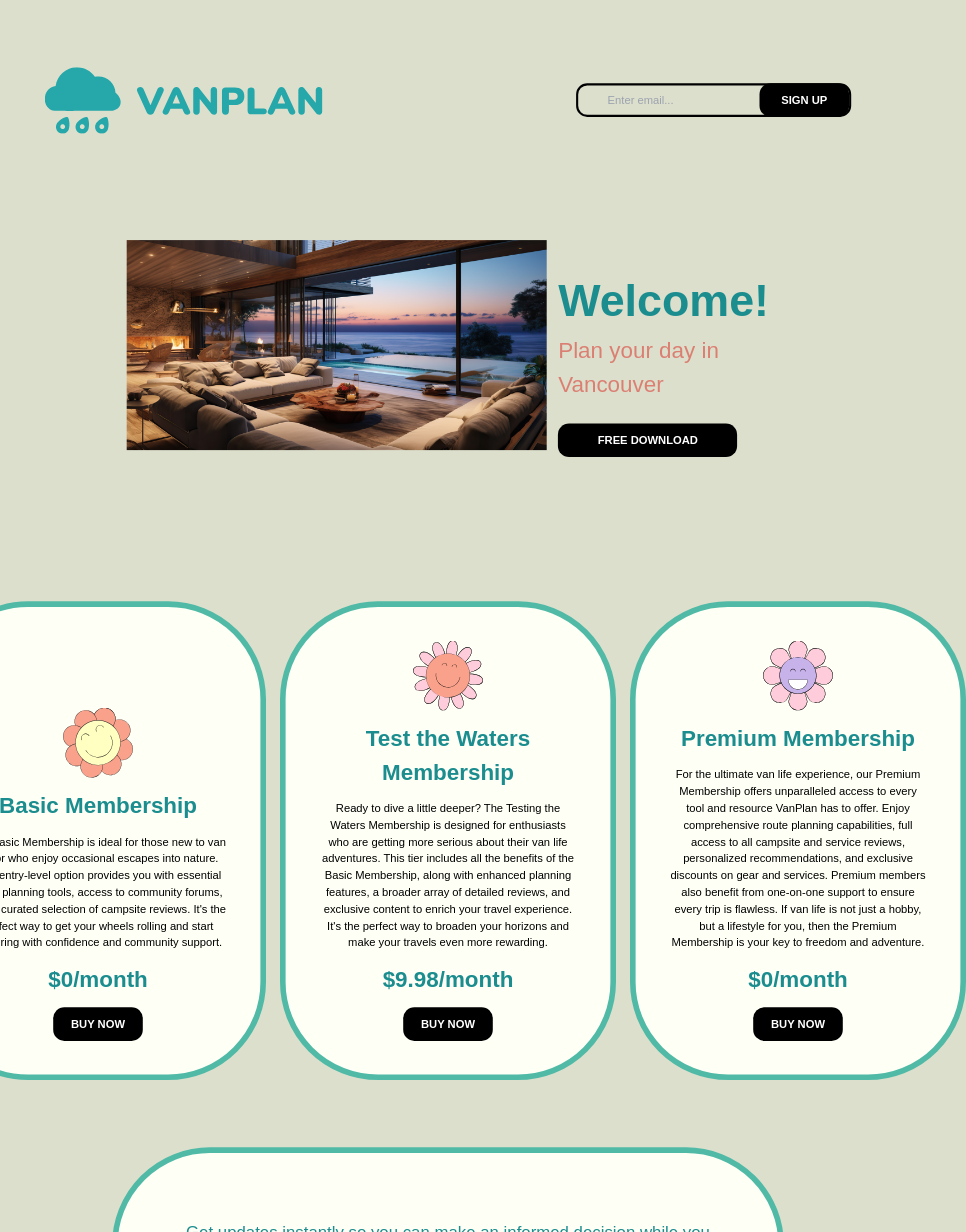
Repository: SaraShio/landing-page
Page: /
The author's editor kept a copy of each file at every save. The page is drawn from the files as they stood at one save, then again after a run of saves.
The browser window is 1280 px wide. The page is 1380 px wide, so the pictures cover 1380 px, including what lies to the right of the window. The pictures show the part of the page from y = 0 to 1760 px (the page is 2608 px tall), at 70% of full size.
The project was rebuilt for these pictures with package versions that can differ from the ones it lists, and the page was loaded fresh each time. The framework's server and built-in components were replaced by stand-ins that run in the browser. Also part of the build but not shown: next.config.mjs.

Above is the page before, as saved 2024-03-08 22:26:31.

After the next 2 saves:
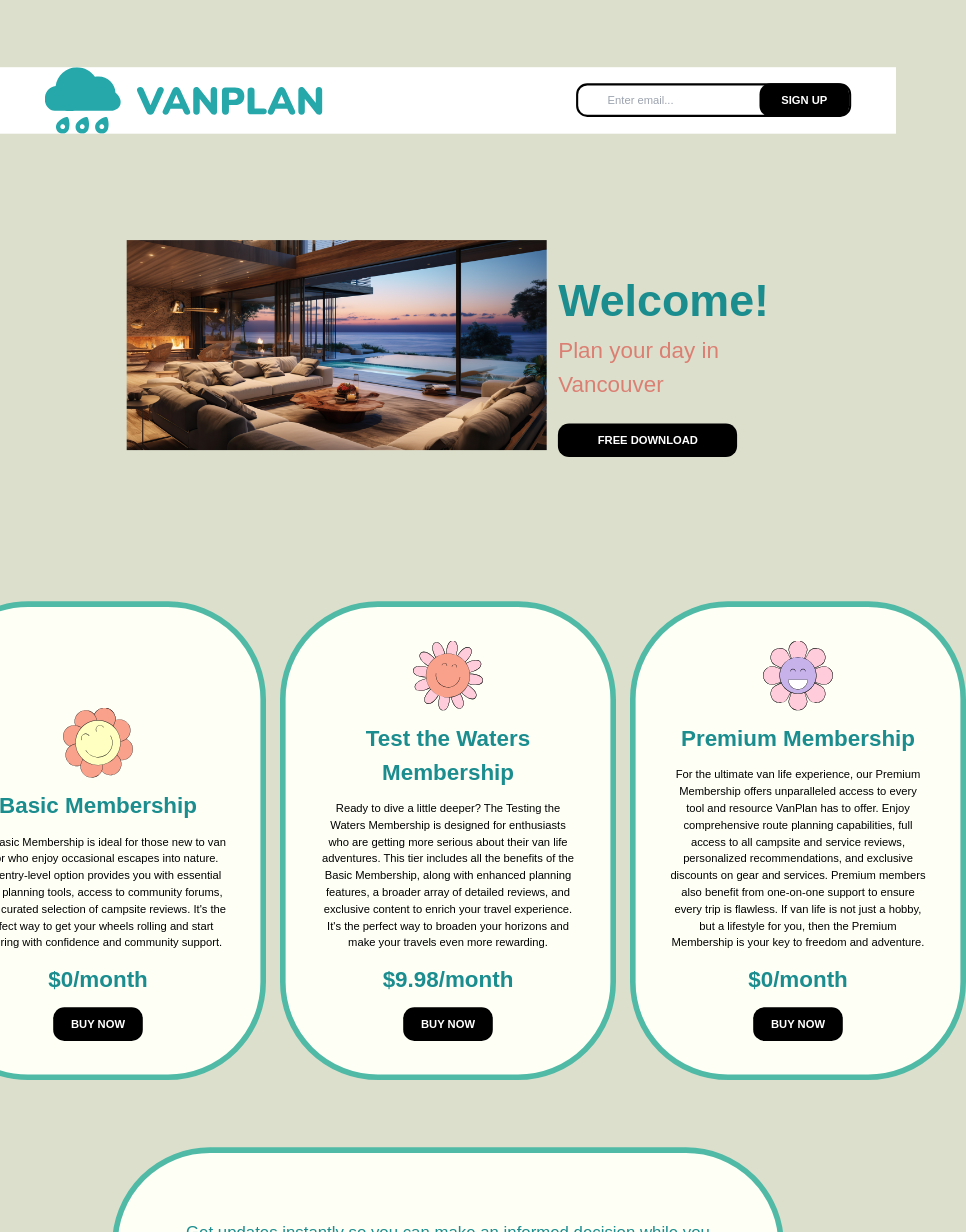
The 2 saves are shown as one change because they came seconds apart.
The last was saved 17 s later.
--- a/components/Header/Header.module.css
+++ b/components/Header/Header.module.css
@@ -5,6 +5,7 @@
     width: 100vw;
     padding-right: 4rem;
     padding-left: 4rem;
+    background-color: var(--white);
   }
 
   .signup_button{
